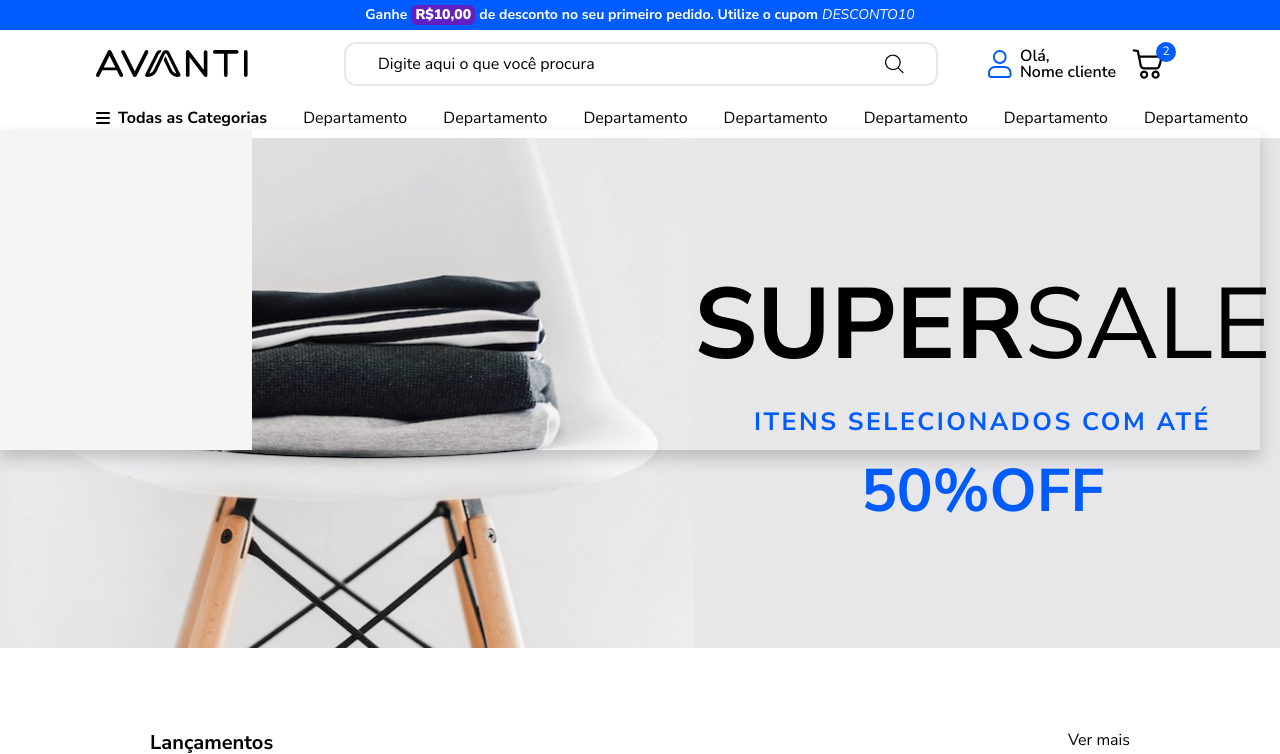
Repository: chidekina/avanti-01
Page: index.html
An editor plug-in stored every save of this project. The page is shown before and after the next save, followed by the edit.
The browser window is 1280 px wide. The pictures show the part of the page from y = 0 to 754 px (the page is 4120 px tall).
A picture or video elsewhere on the page could not be fetched, so the positions and the page height are approximate.

Above is the page before, as saved 2025-04-11 20:01:07.
Console error: TypeError: Cannot set properties of null (setting 'innerHTML')

### index.html
<!DOCTYPE html>
<html lang="en">
  <head>
    <meta charset="UTF-8" />
    <meta name="viewport" content="width=device-width, initial-scale=1.0" />
    <script src="https://cdn.jsdelivr.net/npm/@tailwindcss/browser@4"></script>
    <link rel="preconnect" href="https://fonts.googleapis.com" />
    <link rel="preconnect" href="https://fonts.gstatic.com" crossorigin />
    <link href="https://fonts.googleapis.com/css2?family=Nunito+Sans:ital,opsz,wght@0,6..12,200..1000;1,6..12,200..1000&family=Nunito:ital,wght@0,200..1000;1,200..1000&display=swap" rel="stylesheet" />
    <title>Avanti</title>
    <link rel="icon" type="image" href="./assets/avanti-icon.svg" />
    <link rel="stylesheet" href="style.css" />
    <link rel="stylesheet" href="https://cdn.jsdelivr.net/npm/swiper/swiper-bundle.min.css">
  </head>
  <body>
    <header class="mb-2">
      <h1 class="flex justify-center items-center bg-(--primary-color) text-white text-sm h-[30px] font-bold">
        Ganhe
        <b class="flex justify-center mx-1 bg-(--secondary-color) heigth-[16px] w-[64px] rounded-md">R$10,00</b>
        de desconto no seu primeiro pedido. Utilize o cupom
        <i class="font-normal ml-1">DESCONTO10</i>
      </h1>
      <div class="mt-3 mb-5 px-24 flex justify-between w-full">
        <div class="flex gap-24">
          <img src="./assets/logo.svg" alt="Avanti Logo" class="w-[152px]" />
          <label>
            <div class="flex justify-between py-2 border-2 border-solid border-(--bg-color) px-8 rounded-xl cursor-text w-[594px]">
              <input type="text" placeholder="Digite aqui o que você procura" class="placeholder-black outline-none focus:placeholder-transparent w-1/2" />
              <img src="./assets/search.svg" />
            </div>
          </label>
        </div>
        <div class="flex gap-4">
          <div class="flex gap-2 items-center">
            <img src="./assets/user.svg" alt="icone do usuario" class="w-[24px]" />
            <h6 class="leading-none font-semibold">
              Olá,<br />
              Nome cliente
            </h6>
          </div>
          <div class="flex">
            <img src="./assets/cart.svg" alt="imagem de um carrinho de compras" class="w-[32px]" />
            <div class="relative bg-(--primary-color) w-[20px] h-[20px] text-center text-white text-[12px] rounded-full right-2">2</div>
          </div>
        </div>
      </div>
      <div class="flex px-24 w-full">
        <ul class="flex gap-9">
          <li>
          <a href="#">
            <div class="flex gap-2 w-max">
              <img src="./assets/menu-hamburger.svg" alt="menu hamburguer" />
              <h5 class="font-bold" id="menu-button w-fit">Todas as Categorias</h5>
            </div>
          </a>
        </li>
        <li>
          <a href="#"> Departamento </a>
        </li>
        <li>
          <a href="#"> Departamento </a>
        </li>
        <li>
          <a href="#"> Departamento </a>
        </li>
        <li>
          <a href="#"> Departamento </a>
        </li>
        <li>
          <a href="#"> Departamento </a>
        </li>
        <li>
          <a href="#"> Departamento </a>
        </li>
        <li>
          <a href="#"> Departamento </a>
        </li>
        </ul>
      </div>
      <div class="flex w-[1260px] h-[320px]" id="dropdown-content">
        <ul class="bg-(--bg-lighter) overflow-y-scroll w-1/5" id="categories-list">
        </ul>
      </div>
    </header>
    <main>
      <section class="flex justify-center items-center w-full height-[510px] bg-(--bg-color) font-(--font-secondary)">
        <img src="./assets/chair.svg" alt="Foto de uma cadeira com roupas dobradas em cima" />
        <div class="flex flex-col gap-1 text-center">
          <h1 class="text-[100px]"><b>SUPER</b>SALE</h1>
          <h4 class="text-[25px] text-(--primary-color) font-bold tracking-widest">ITENS SELECIONADOS COM ATÉ</h4>
          <h4 class="text-[60px] text-(--primary-color) font-bold">50%OFF</h4>
        </div>
      </section>
<carousel-section></carousel-section>
      </section>
  <description-section></description-section>
  <section class="flex w-full bg-(--bg-light) px-[200px] py-[42px] font-(--font-secondary) my-[40px]">
    <div class="text-center text-(--text-color) w-1/2 mr-5">
      <h1 class="text-[30px] font-bold mb-10">
        Lorem ipsum
      </h1>
      <ul class="flex flex-col text-start gap-15">
        <li class="flex gap-6">
          <img src="./assets/pin.svg">
          <p>
            Aenean massa. Cum sociis natoque penatibus et magnis dis parturient montes, nascetur ridiculus mus. Donec quam felis, ultricies nec, pellentesque eu, pretium quis, sem.
          </p>
        </li>
        <li class="flex gap-6">
          <img src="./assets/pin.svg">
          <p>
            Aenean massa. Cum sociis natoque penatibus et magnis dis parturient montes, nascetur ridiculus mus. Donec quam felis, ultricies nec, pellentesque eu, pretium quis, sem.
          </p>
        </li>
        <li class="flex gap-6">
          <img src="./assets/pin.svg">
          <p>
            Aenean massa. Cum sociis natoque penatibus et magnis dis parturient montes, nascetur ridiculus mus. Donec quam felis, ultricies nec, pellentesque eu, pretium quis, sem.
          </p>
        </li>
      </ul>
    </div>
    <img src="./assets/banner.svg" alt="Foto da caneca da Avanti sobre uma tabua de vegetais" class="w-1/2">
  </section>
  <section>
  <description-section></description-section>
  <carousel-section></carousel-section>

  </section>
  <section>
    <img src="./assets/banner2.svg" alt="Foto da entrada da loja da Avanti" />
    <div class="absolute h-[126px] bg-(--primary-color) w-full bottom-[-3080px] text-white text-[30px] font-(--font-secondary)">
      <h1 class="flex justify-center h-full items-center">Entre em contato conosco e verifique a disponibilidade para sua região!</h1>
    </div>
  </section>
  <section class="flex flex-col my-[50px] gap-6 items-center">
    <h2 class="font-bold text-center text-[20px]">
      Cadastre-se na nossa <b class="text-(--primary-color)">newsletter</b>
    </h2>
    <div class="flex w-[1260px] h-[170px] items-center justify-center bg-(--bg-light) rounded-lg gap-6">
      <input type="text" placeholder="Digite seu nome" class="outline-none rounded-lg bg-white placeholder:text-black w-[260px] h-[48px] focus:placeholder-transparent pl-4"/>
      <input type="text" placeholder="Digite seu e-mail" class="outline-none rounded-lg bg-white placeholder:text-black w-[260px] h-[48px] focus:placeholder-transparent pl-4"/>
      <div class="flex gap-1">
      <input type="checkbox" />
      <h5 class="text-[#656565] text-[12px] font-bold">Estou de acordo com a <a href="#" class="underline">Política de Privacidade</a></h5>
    </div>
    </div>
  </section>
  <section class="text-center px-[200px] py-[64px] bg-(--bg-lighter)">
    <div class="flex justify-around mb-10">
    <div class="flex flex-col gap-5">
      <img src="./assets/logo.svg" alt="Logo Avanti" />
      <ul class="flex gap-5 justify-around items-center">
        <li>
          <a href="#">
            <img src="./assets/social-links/instagram.svg" alt="Logo do instagram" />
          </a>
        </li>
        <li>
          <a href="#">
            <img src="./assets/social-links/facebook.svg" alt="Logo do instagram" />
          </a>
        </li>
        <li>
          <a href="#">
            <img src="./assets/social-links/youtube.svg" alt="Logo do instagram" />
          </a>
        </li>
        <li>
          <a href="#">
            <img src="./assets/social-links/tiktok.svg" alt="Logo do instagram" />
          </a>
        </li>
      </ul>
    </div>
    <ul class="flex flex-col gap-4">
      <li class="font-bold">
        <a href="">
          Institucional
        </a>
      </li>
      <li>
        <a href="">
          Sobre Nós
        </a>
      </li>
      <li>
        <a href="">
          Nossas lojas
        </a>
      </li>
      <li>
        <a href="">
          Privacidade e Segurança
        </a>
      </li>
      <li>
        <a href="">
          Termos e condições
        </a>
      </li>
    </ul>
    <ul class="flex flex-col gap-4">
      <li class="font-bold">
        <a href="">
          Central de ajuda
        </a>
      </li>
      <li>
        <a href="">
          Fale Conosco
        </a>
      </li>
      <li>
        <a href="">
          Frete e Entrega
        </a>
      </li>
      <li>
        <a href="">
          Trocas e Devoluções
        </a>
      </li>
      <li>
        <a href="">
          Formas de Pagamento
        </a>
      </li>
      <li>
        <a href="">
          FAQ
        </a>
      </li>
    </ul>
    <ul class="flex flex-col gap-4">
      <li class="font-bold">
          Atendimento
      </li>
      <li>
         <b>Telefone:</b> (00) 1234-5678
      </li>
      <li>
        <b>E-mail:</b> exemplo@exemplo.com.br
      </li>
      <li>
        <b>Horário de atendimento:</b><br>
          Segunda a Sábado: 07h00 às 23h00<br>
          Domingos e Feriados:  07h00 às 21h00
      </li>
    </ul>
  </div>
<div>
<ul class="flex gap-10 justify-center">
  <li>
    <img src="./assets/payments/amex.svg" alt="Logo Amex" />
  </li>
  <li>
    <img src="./assets/payments/mastercard.svg" alt="Logo Mastercard" />
  </li>
  <li>
    <img src="./assets/payments/visa.svg" alt="Logo Visa" />
  </li>
  <li>
    <img src="./assets/payments/hipercard.svg" alt="Logo Hipercard" />
  </li>
  <li>
    <img src="./assets/payments/elo.svg" alt="Logo Elo" />
  </li>
  <li>
    <img src="./assets/payments/dinners.svg" alt="Logo Dinners" />
  </li>
  <li>
    <img src="./assets/payments/paypal.svg" alt="Logo Paypal" />
  </li>
  <li>
    <img src="./assets/payments/pix.svg" alt="Logo Pix" />
  </li>
  <li>
    <img src="./assets/payments/boleto.svg" alt="Logo Boleto" />
  </li>
</ul>
</div>
  </section>
    </main>
    <footer class="flex flex-col gap-5 my-10">
      <div class="flex flex-col text-center justify-center items-center">
        <p class="w-[1000px] text-[12px]">
          Lorem ipsum dolor sit amet, consectetuer adipiscing elit, sed diam nonummy nibh euismod tincidunt ut laoreet dolore magna aliquam erat volutpat. Ut wisi enim ad minim veniam, quis nostrud exerci tation ullamcorper suscipit lobortis nisl ut aliquip ex ea commodo consequat. Duis autem vel eum iriure dolor in hendrerit in vulputate velit esse molestie consequat, vel illum dolore eu feugiat nulla facilisis at vero eros et accumsan et iusto odio dignissim qui blandit praesent luptatum zzril delenit augue duis dolore te feugait nulla facilisi.
        </p>
      </div>
        <ul class="flex justify-center gap-10">
          <li>
            <img src="./assets/logos/encrypt-logo.svg" alt="Logo da Lets Encrypt">
          </li>
          <li>
            <img src="./assets/logos/vtex-pci-logo.svg" alt="Logo da VTEX e da PCI certified">
          </li>
          <li>
            <img src="./assets/logo.svg" alt="Logo da Avanti">
          </li>
          <li>
            <img src="./assets/logos/vtex-logo.svg" alt="Logo da VTEX">
          </li>
        </ul>
      </footer>
    <script src="https://cdn.jsdelivr.net/npm/swiper/swiper-bundle.min.js"></script>
    <script src="app.js"></script>
  </body>
</html>

### style.css
:root {
    font-family: "Nunito Sans", sans-serif;
    --primary-color: #005CFF;
    --secondary-color: #6220C1;
    --text-color: #4F4F4F;
    --bg-color: #E7E7EA;
    --bg-dark: #C2C2C2;
    --bg-light: #DEDEDE;
    --bg-lighter: #F5F5F5;
    --font-secondary: "Nunito", sans-serif;
}

#dropdown-content {
    position: absolute;
    z-index: 1;
    box-shadow: 0px 8px 16px 0px rgba(0,0,0,0.2);
}

### app.js
class Carousel extends HTMLElement {
    constructor() {
      super();
    }

    connectedCallback() {
      this.render();
      this.initSlides();
      this.initSwiper();
    }

    render() {
      this.innerHTML = `
        <section class="py-[80px] px-[150px]">
          <div>
            <div class="flex justify-between mb-4">
              <h3 class="font-bold text-[20px]">Lançamentos</h3>
              <h4>Ver mais</h4>
            </div>
            <div class="swiper">
              <div class="swiper-container">
                <ul class="swiper-wrapper" id="swiper-wrapper"></ul>
                <div class="swiper-button-next"></div>
                <div class="swiper-button-prev"></div>
                <div class="swiper-pagination"></div>
              </div>
            </div>
          </div>
        </section>
      `;
    }

    initSlides() {
      const swiperWrapper = this.querySelector("#swiper-wrapper");

      for (let i = 1; i <= 15; i++) {
        const slide = `
          <li class="swiper-slide border border-[#DDDDDD] py-1 px-1 rounded-md" style="min-width: 200px;">
            <div class="absolute">
              <h6 class="flex justify-center items-center bg-[#00264E] text-white text-[10px] w-[42px] h-[20px] rounded-sm">
                NOVO
              </h6>
            </div>
            <img src="./assets/model.svg" alt="Modelo ${i}" />
            <div class="mt-2">
              <h3 class="text-[#303030] text-[12px] mb-1 leading-none">
                Produto ${i} - Nome do Produto
              </h3>
            </div>
            <div class="flex gap-1">
              <div>
                <h4 class="text-[#303030] text-[10px] line-through leading-none">R$ 100,00</h4>
                <h4 class="text-[14px] font-bold tracking-tight">R$ 79,90</h4>
              </div>
              <div class="flex justify-center items-center bg-[#5EC0BE] text-white underline text-[8px] w-[52px] h-[16px] rounded-sm tracking-tight">
                10% OFF
              </div>
            </div>
            <h6 class="text-[10px]">Ou em até <b>10x de R$ 7,90</b></h6>
            <button class="w-full bg-[#00264E] text-white rounded-md text-[12px] h-[30px]">
              Comprar
            </button>
          </li>
        `;
        swiperWrapper.insertAdjacentHTML("beforeend", slide);
      }
    }

    initSwiper() {
      new Swiper(this.querySelector(".swiper-container"), {
        slidesPerView: 5,
        spaceBetween: 10,
        navigation: {
          nextEl: this.querySelector(".swiper-button-next"),
          prevEl: this.querySelector(".swiper-button-prev"),
        },
        pagination: {
          el: this.querySelector(".swiper-pagination"),
          clickable: true,
        },
      });
    }
  }

  customElements.define("carousel-section", Carousel);

class Description extends HTMLElement {
  connectedCallback() {
    this.innerHTML = `
     <section class="flex px-[200px] gap-5 items-center">
        <div class="flex bg-(--bg-dark) justify-center items-center">
            <img src="./assets/mug.svg" alt="Foto de uma caneca da Avanti" />
        </div>
        <div class="font-(--font-secondary) w-1/2">
            <h1 class="font-bold text-[30px]">
          Lorem Ipsum
            </h1>
            <p class="text-[12px]">
                Duis consectetur metus nec lacus auctor dignissim. Mauris vitae finibus dui. Mauris laoreet lacus ut eleifend viverra. Cras efficitur volutpat dui, in lobortis metus lacinia sit amet. Sed lacinia pharetra magna, vel pulvinar ligula hendrerit a. Maecenas fringilla porttitor tortor eget lacinia. Donec sollicitudin euismod orci, auctor fringilla magna consequat interdum. Fusce sagittis elit a libero commodo egestas efficitur id augue.<br></br>
                Duis consectetur metus nec lacus auctor dignissim. Mauris vitae finibus dui. Mauris laoreet lacus ut eleifend viverra. Cras efficitur volutpat dui, in lobortis metus lacinia sit amet. Sed lacinia pharetra magna, vel pulvinar ligula hendrerit a. Maecenas fringilla porttitor tortor eget lacinia. Donec sollicitudin euismod orci, auctor fringilla magna consequat interdum. Fusce sagittis elit a libero commodo egestas efficitur id augue.
            </p>
        </div>
        </section>
        `;
  }
};

customElements.define("description-section", Description);


categories = document.getElementById('#categories-list');

for (i = 1; i <= 15; i++) {
  categories.innerHTML = `
          <li class="flex justify-between">
            <p>
              Departamento
            </p>
            <img src="./assets/arrow.svg" alt="imagem de flecha" />
          </li>
  `
}

After the next save:
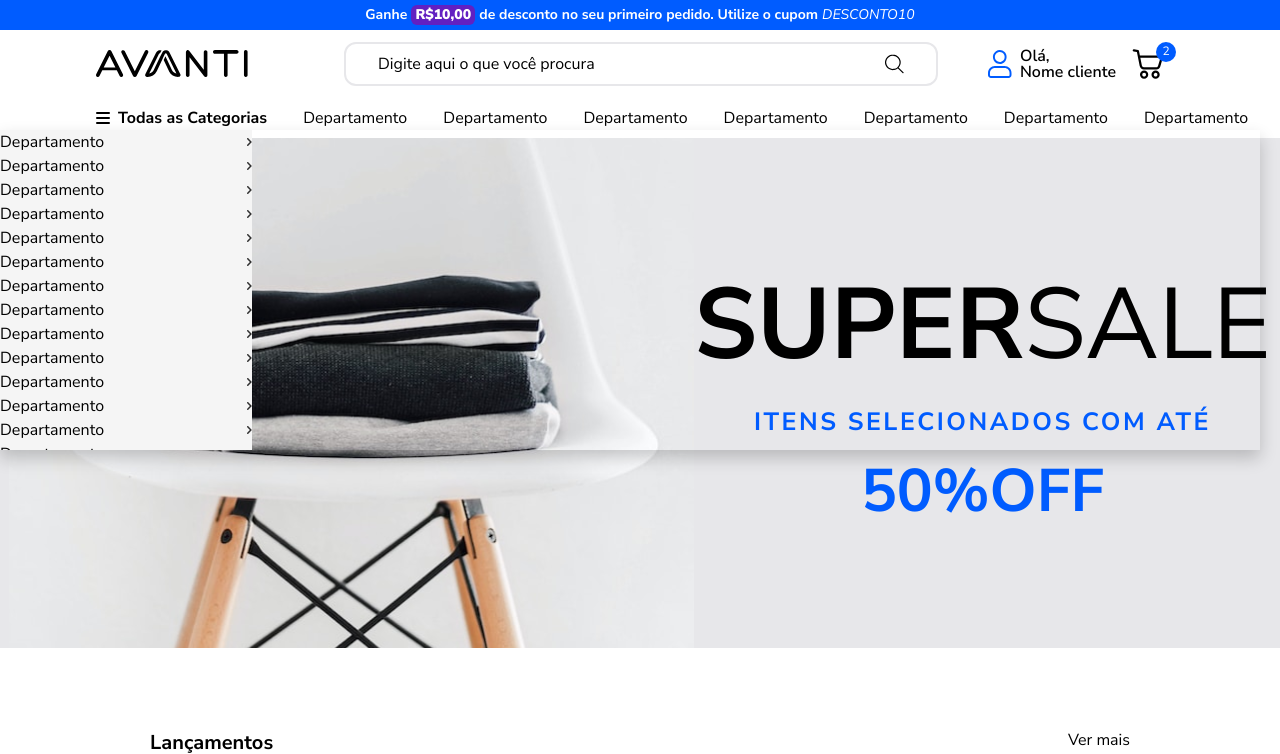
The error is gone.
Saved 23 s later.
--- a/app.js
+++ b/app.js
@@ -107,16 +107,14 @@
 
 customElements.define("description-section", Description);
 
+const categories = document.getElementById('categories-list'); // Removed the '#' symbol
 
-categories = document.getElementById('#categories-list');
-
-for (i = 1; i <= 15; i++) {
-  categories.innerHTML = `
-          <li class="flex justify-between">
-            <p>
-              Departamento
-            </p>
-            <img src="./assets/arrow.svg" alt="imagem de flecha" />
-          </li>
-  `
+for (let i = 1; i <= 15; i++) {
+  const li = document.createElement('li');
+  li.className = 'flex justify-between';
+  li.innerHTML = `
+    <p>Departamento</p>
+    <img src="./assets/arrow.svg" alt="imagem de flecha" />
+  `;
+  categories.appendChild(li); // Append instead of overwriting
 }
